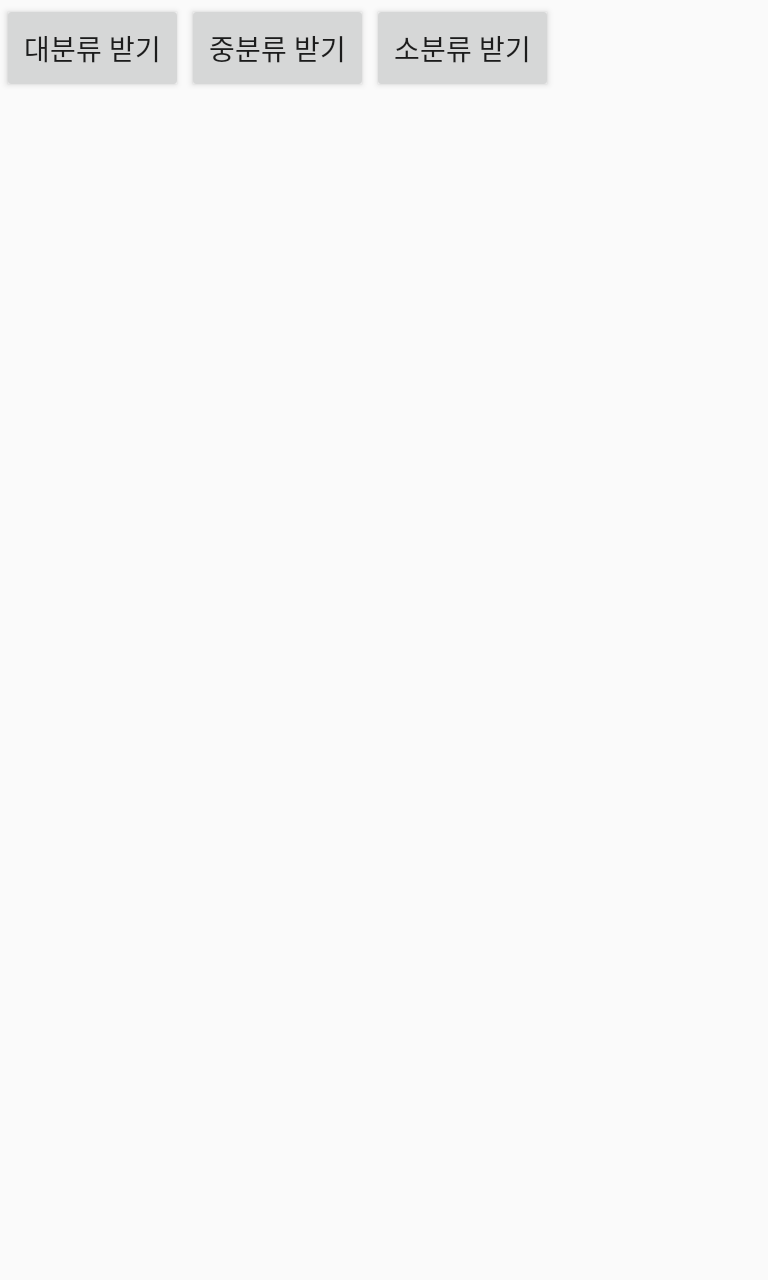
Repository: Jeonilju/rap
Layout: Android/RAP/res/layout/activity_iap_sample.xml
The author's editor kept a copy of each file at every save. The layout is drawn from the files as they stood at one save, then again after the next save.
It is drawn on a 768 x 1280 px phone screen (xhdpi) without system bars, with theme AppTheme; the app's code is not run.

Above is the layout before, as saved 2015-07-12 02:46:13.

### Android/RAP/res/layout/activity_iap_sample.xml
<?xml version="1.0" encoding="utf-8"?>
<RelativeLayout xmlns:android="http://schemas.android.com/apk/res/android"
    android:layout_width="match_parent"
    android:layout_height="match_parent"
    android:orientation="vertical" >

    <LinearLayout
        android:layout_width="fill_parent"
        android:layout_height="wrap_content">

        <Button
            android:id="@+id/iap_btn1"
            android:layout_width="wrap_content"
            android:layout_height="wrap_content"
            android:text="대분류 받기"/>

        <Button
            android:id="@+id/iap_btn2"
            android:layout_width="wrap_content"
            android:layout_height="wrap_content"
            android:text="중분류 받기"/>

        <Button
            android:id="@+id/iap_btn3"
            android:layout_width="wrap_content"
            android:layout_height="wrap_content"
            android:text="소분류 받기"/>

    </LinearLayout>

</RelativeLayout>

Loaded but not shown: Android/RAP/res/values/styles.xml (common file); Android/RAP/res/values-v11/styles.xml (common file); Android/RAP/res/values-v14/styles.xml (common file)

After the next save:
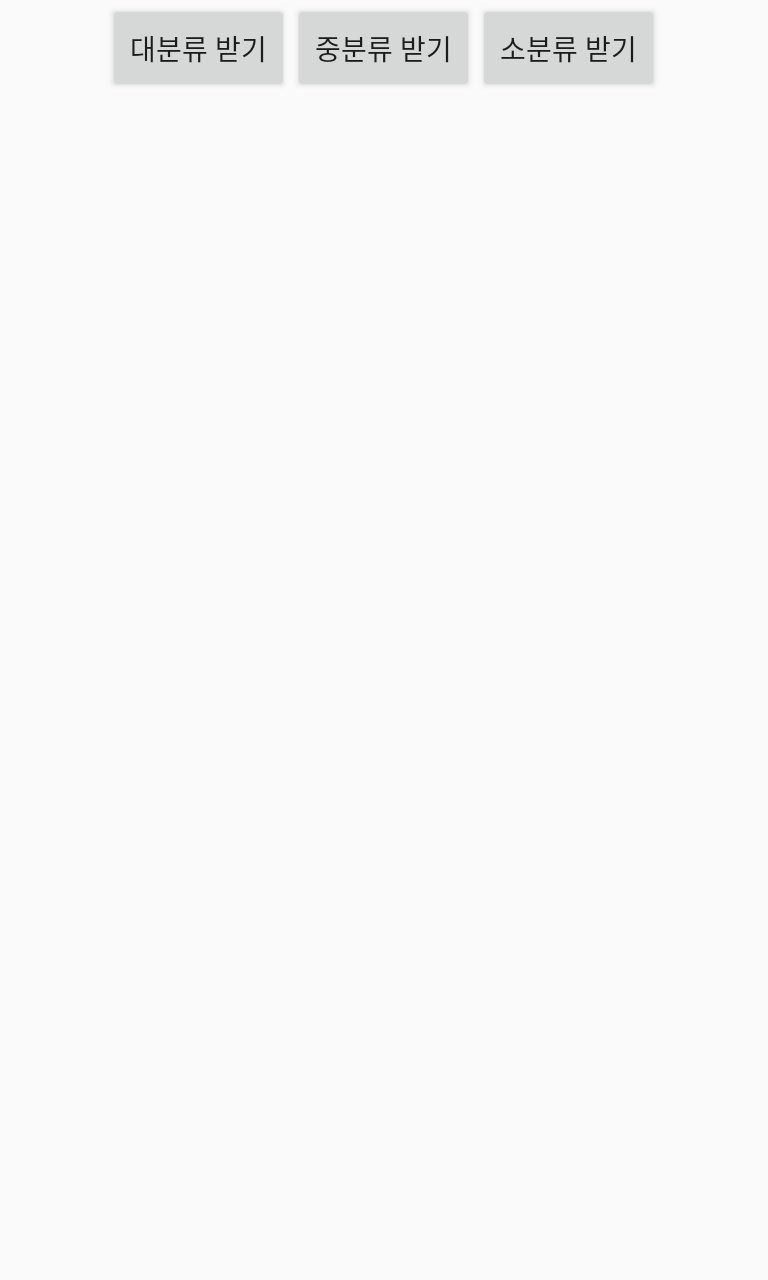
Saved 13 s later.
--- a/Android/RAP/res/layout/activity_iap_sample.xml
+++ b/Android/RAP/res/layout/activity_iap_sample.xml
@@ -6,7 +6,8 @@
 
     <LinearLayout
         android:layout_width="fill_parent"
-        android:layout_height="wrap_content">
+        android:layout_height="wrap_content"
+        android:gravity="center">
 
         <Button
             android:id="@+id/iap_btn1"
